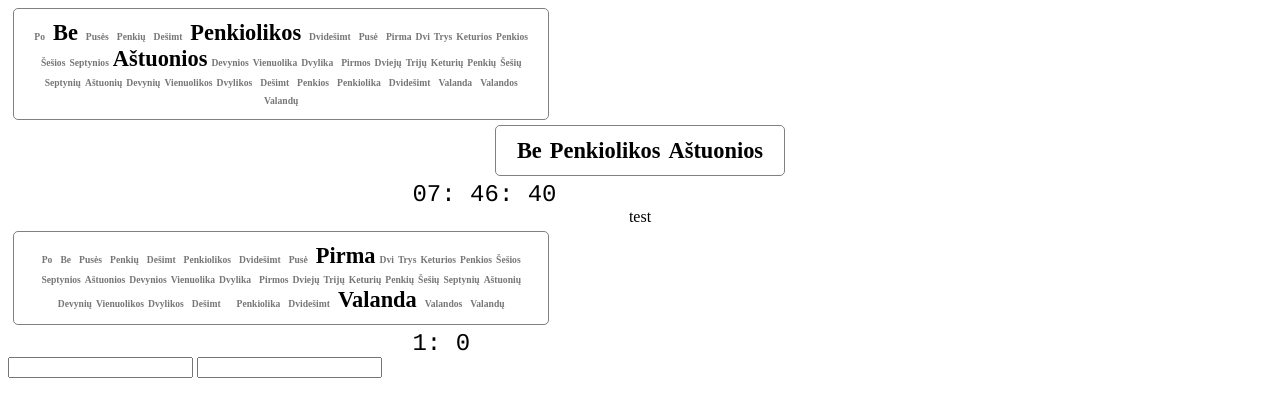
Repository: Skaidrius/WordClock
Page: index.html
The author's editor kept a record of every edit. The page is drawn from the files as they stood at one moment, then again after the next edit.
The browser window is 1280 px wide. The pictures show the whole page.
Some web libraries are served in a nearby version.

Above is the page before.

After the next edit:
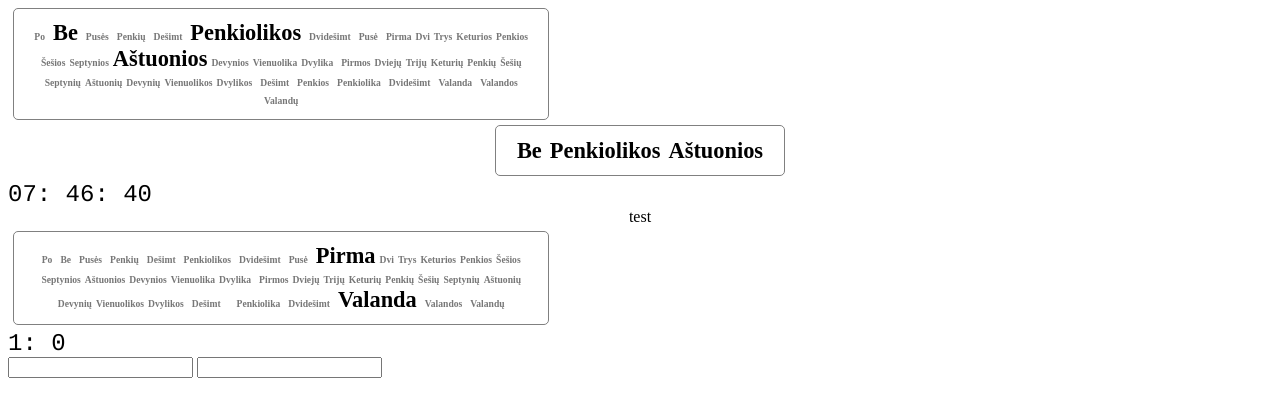
The edit:
--- a/style.css
+++ b/style.css
@@ -32,5 +32,4 @@
 .digital {
     font-family: ‘Courier New’, Courier, monospace;
     font-size: 24px;
-    margin-left: 32%;
 }
